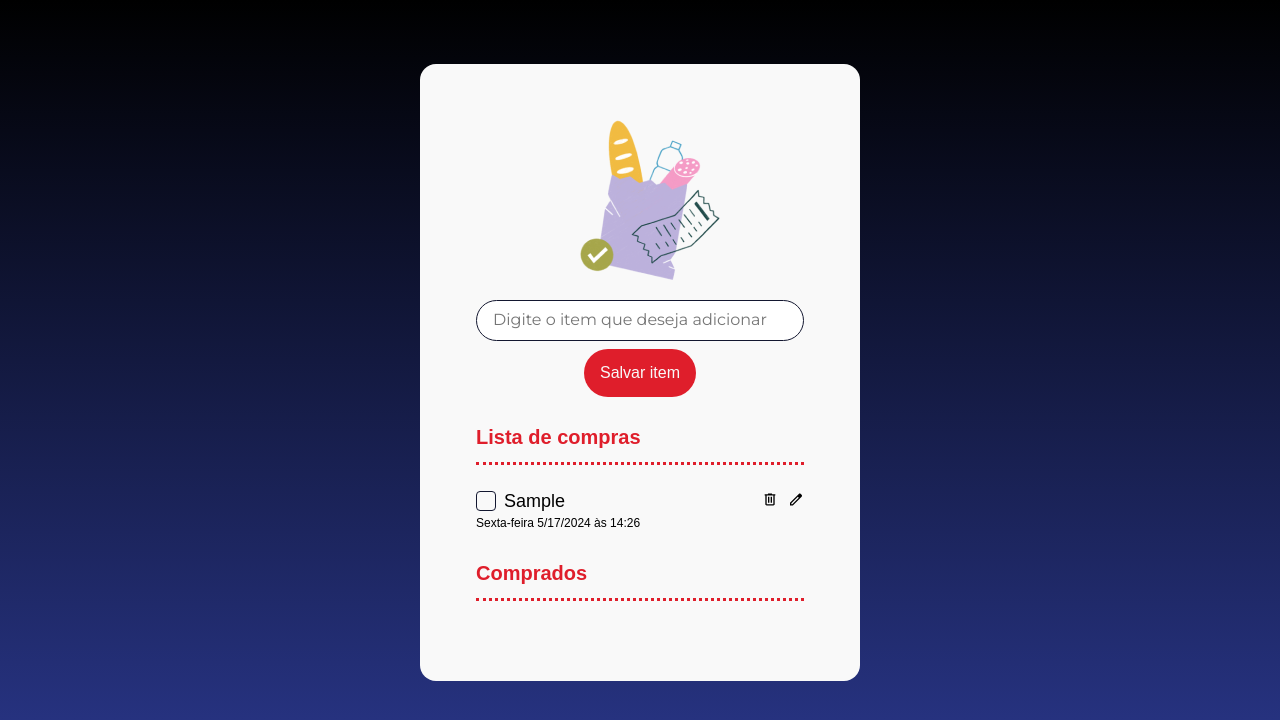
Repository: joaoPraiaJunior/compras_js
Page: index.html
These files come from the project's save history. The page is drawn as it stood at one moment and after the next save; the edit follows.
The browser window is 1280 px wide. The pictures show the whole page.
Empty fields were first filled with sample values (such as "Sample", 5 or name@example.com).
After loading, the first visible `form.compras` was submitted once.
Some web fonts or font styles are not loaded; a fallback is used.

Above is the page before, as saved 2024-08-23 15:39:57.

After the next save:
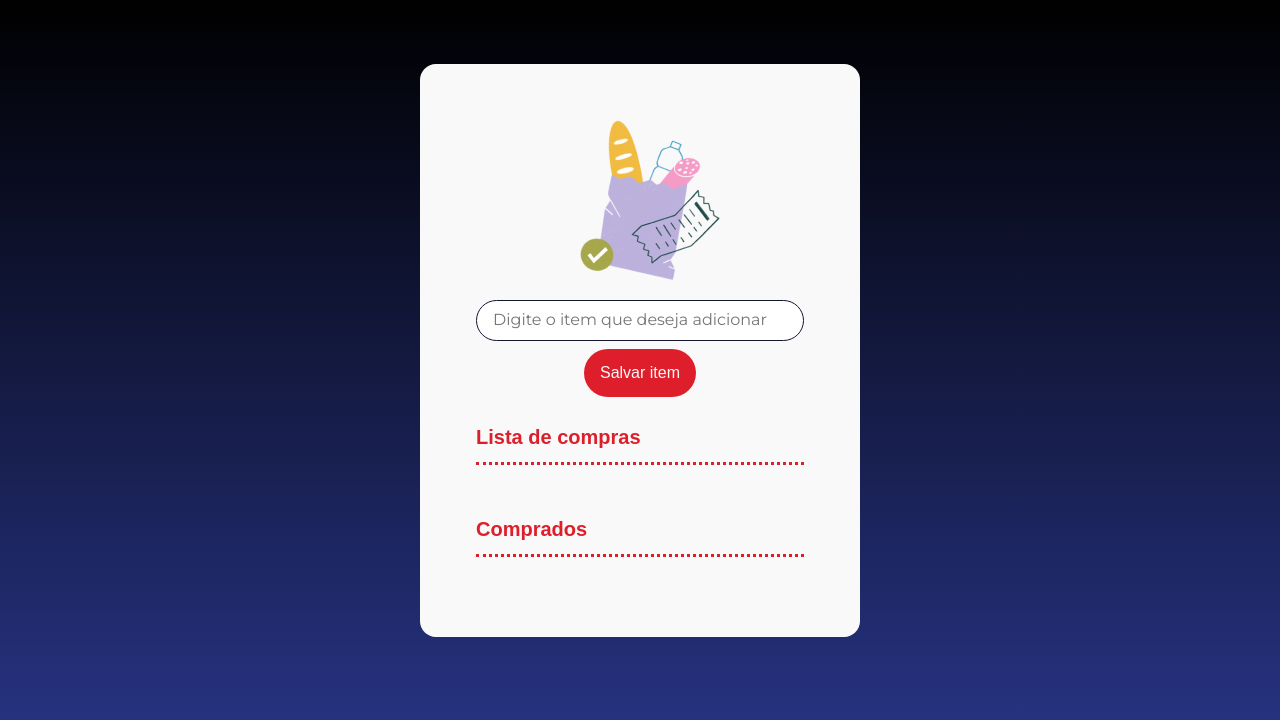
Console error: ReferenceError: contadorDeItens is not defined
Saved 97 s later.
--- a/js/modulos/adicionarItemDeCompra.js
+++ b/js/modulos/adicionarItemDeCompra.js
@@ -11,7 +11,6 @@
 
     const inputDoItem = document.querySelector(elementos.inputDoItem);
     const listaDeCompras = document.querySelector(elementos.listaDeCompras);
-    let contadorDeItens = 0;
 
     evento.preventDefault();
     const itemDeCompra = inputDoItem.value;

After the save that followed:
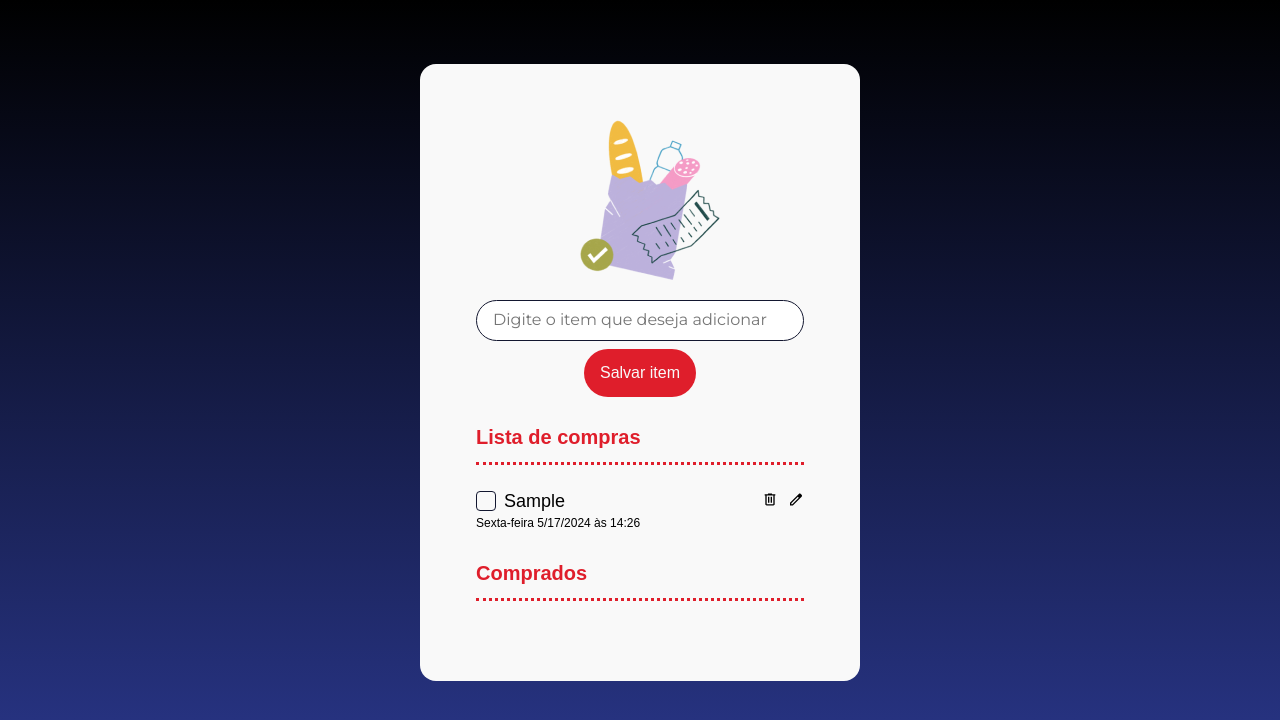
The error is gone.
Saved 18 s later.
--- a/js/modulos/adicionarItemDeCompra.js
+++ b/js/modulos/adicionarItemDeCompra.js
@@ -15,7 +15,7 @@
     evento.preventDefault();
     const itemDeCompra = inputDoItem.value;
     inputDoItem.value = '';
-    listaDeCompras.appendChild(criarItemDaLista(itemDeCompra, contadorDeItens));
+    listaDeCompras.appendChild(criarItemDaLista(itemDeCompra));
 }
 
 export default adicionarItemDeCompra;
